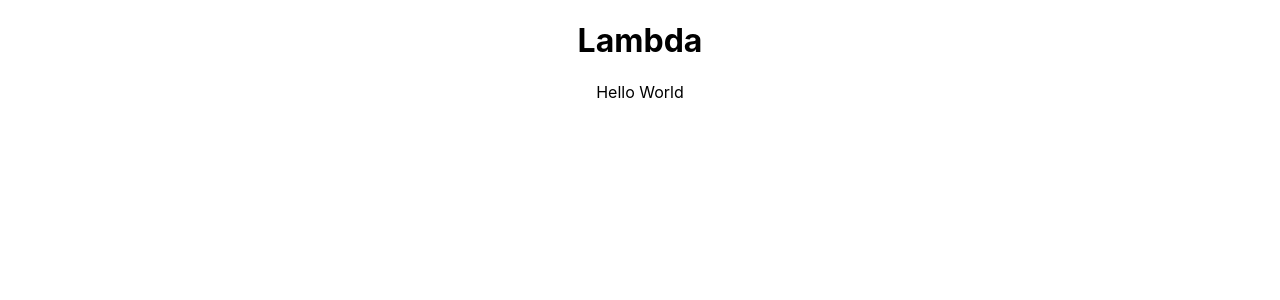
Repository: beefybroccoli/learn_testing
Page: / (app in jest-testing/)
These files come from the project's save history. The page is drawn as it stood at one moment and after a run of saves; the edit follows.
The browser window is 1280 px wide. The pictures show the whole page.
The project was rebuilt for these pictures with package versions that can differ from the ones it lists, and the page was loaded fresh each time.

Above is the page before, as saved 2021-09-30 23:50:06.

After the next 2 saves:
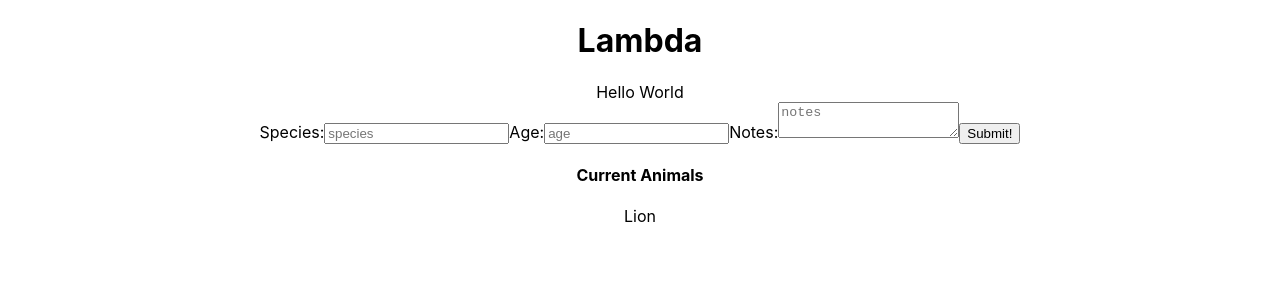
The 2 saves are shown as one change because they came seconds apart.
The last was saved 7 s later.
--- a/jest-testing/src/App.js
+++ b/jest-testing/src/App.js
@@ -7,6 +7,7 @@ function App() {
     <div className="App">
       <h1 className="heading">Lambda</h1>
       <span className="greet">Hello World</span>
+      <AnimalForm />
     </div>
   );
 }
